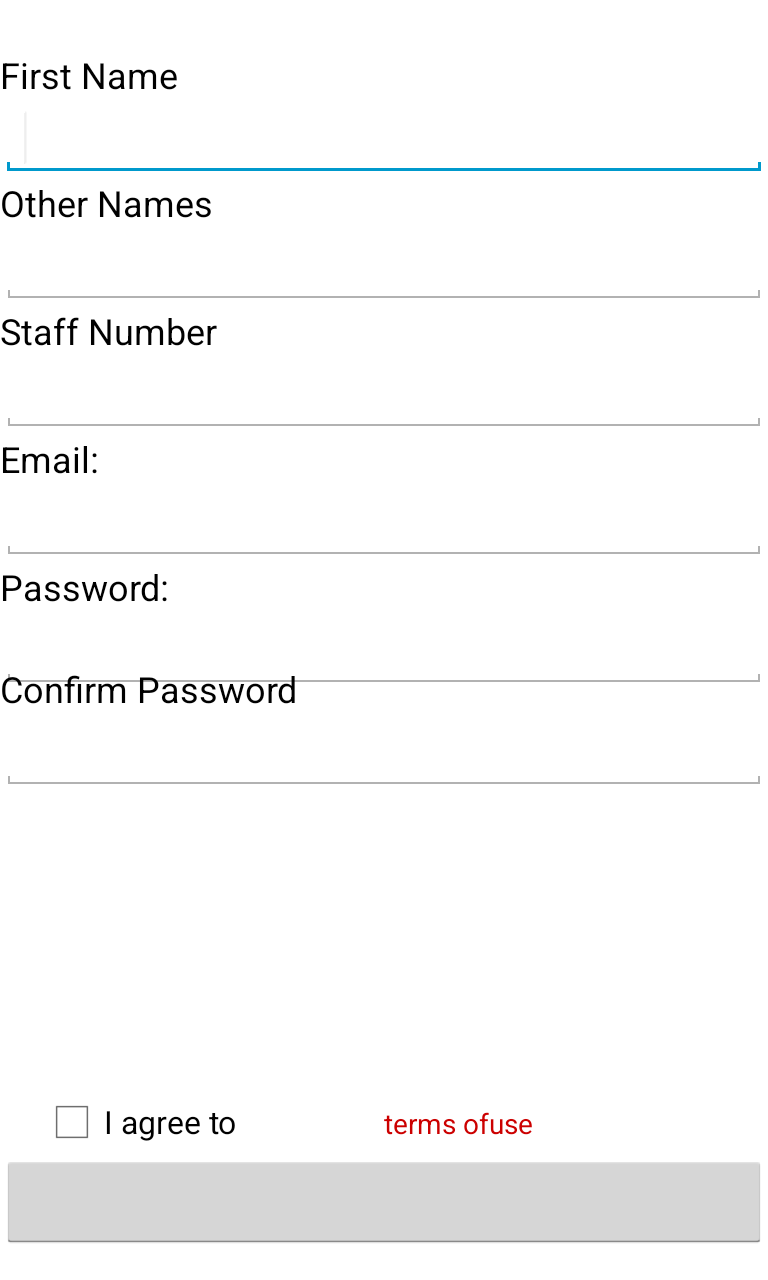
Repository: erwasambo/greendevelopment
Layout: GreenDevelopment/NASCuisine/res/layout/signup.xml
The author's editor kept a copy of each file at every save. The layout is drawn from the files as they stood at one save, then again after the next save.
It is drawn on a 768 x 1280 px phone screen (xhdpi) without system bars, with theme AppTheme; the app's code is not run.

Above is the layout before, as saved 2013-12-03 02:22:38.

### GreenDevelopment/NASCuisine/res/layout/signup.xml
<?xml version="1.0" encoding="utf-8"?>
<RelativeLayout xmlns:android="http://schemas.android.com/apk/res/android"
    android:layout_width="match_parent"
    android:layout_height="match_parent"
    android:orientation="vertical">

 <TextView
        android:id="@+id/txtNoacc"
        android:layout_width="wrap_content"
        android:layout_height="wrap_content"
        android:layout_alignParentLeft="true"
        android:layout_alignParentTop="true"
        android:layout_marginTop="25dp"
        android:text="@string/firstname"
        android:textAppearance="?android:attr/textAppearanceMedium" />


    <EditText
        android:id="@+id/registerName"
        android:layout_width="match_parent"
        android:layout_height="wrap_content"
        android:layout_alignParentLeft="true"
        android:layout_below="@+id/txtNoacc"
        android:ems="10"
        android:inputType="textPersonName" >

        <requestFocus />
    </EditText>



    <TextView
        android:id="@+id/register_error"
        android:layout_width="wrap_content"
        android:layout_height="wrap_content"
        android:layout_alignParentBottom="true"
        android:layout_centerHorizontal="true" />

    <EditText
        android:id="@+id/registerPassword"
        android:layout_width="match_parent"
        android:layout_height="wrap_content"
        android:layout_alignParentLeft="true"
        android:layout_below="@+id/TextView02"
        android:ems="10"
        android:inputType="textPassword" />

    <TextView
        android:id="@+id/TextView01"
        android:layout_width="wrap_content"
        android:layout_height="wrap_content"
        android:layout_alignParentLeft="true"
        android:layout_below="@+id/registerName"
        android:text="@string/othernames"
        android:textAppearance="?android:attr/textAppearanceMedium" />

    <EditText
        android:id="@+id/EditText01"
        android:layout_width="match_parent"
        android:layout_height="wrap_content"
        android:layout_alignParentLeft="true"
        android:layout_below="@+id/TextView01"
        android:ems="10"
        android:inputType="textPersonName" />

    <TextView
        android:id="@+id/TextView03"
        android:layout_width="wrap_content"
        android:layout_height="wrap_content"
        android:layout_alignParentLeft="true"
        android:layout_below="@+id/EditText01"
        android:text="@string/staffno"
        android:textAppearance="?android:attr/textAppearanceMedium" />

    <EditText
        android:id="@+id/EditText02"
        android:layout_width="match_parent"
        android:layout_height="wrap_content"
        android:layout_alignParentLeft="true"
        android:layout_below="@+id/TextView03"
        android:ems="10"
        android:inputType="textPersonName" />

    <TextView
        android:id="@+id/textView1"
        android:layout_width="wrap_content"
        android:layout_height="wrap_content"
        android:layout_alignParentLeft="true"
        android:layout_below="@+id/EditText02"
        android:text="@string/email"
        android:textAppearance="?android:attr/textAppearanceMedium" />

    <EditText
        android:id="@+id/registerEmail"
        android:layout_width="match_parent"
        android:layout_height="wrap_content"
        android:layout_alignParentLeft="true"
        android:layout_below="@+id/textView1"
        android:ems="10"
        android:inputType="textEmailAddress" />

    <TextView
        android:id="@+id/TextView02"
        android:layout_width="wrap_content"
        android:layout_height="wrap_content"
        android:layout_alignParentLeft="true"
        android:layout_below="@+id/registerEmail"
        android:layout_marginTop="51dp"
        android:text="@string/cnfpassword"
        android:textAppearance="?android:attr/textAppearanceMedium" />

    <TextView
        android:id="@+id/TextView04"
        android:layout_width="wrap_content"
        android:layout_height="wrap_content"
        android:layout_alignParentLeft="true"
        android:layout_below="@+id/registerEmail"
        android:text="@string/password"
        android:textAppearance="?android:attr/textAppearanceMedium" />

    <EditText
        android:id="@+id/EditText03"
        android:layout_width="match_parent"
        android:layout_height="wrap_content"
        android:layout_alignParentLeft="true"
        android:layout_below="@+id/TextView04"
        android:ems="10"
        android:inputType="textPassword" />

    <Button
        android:id="@+id/btnRegister"
        android:layout_width="match_parent"
        android:layout_height="wrap_content"
        android:layout_alignParentBottom="true"
        android:layout_centerHorizontal="true"

        android:layout_marginBottom="15dp"
         />

    <CheckBox
        android:id="@+id/checkBox1"
        android:layout_width="wrap_content"
        android:layout_height="wrap_content"
        android:layout_above="@+id/btnRegister"
        android:layout_alignParentLeft="true"
        android:layout_marginLeft="20dp"
        android:text="@string/iagree" />

    <TextView
        android:id="@+id/textView2"
        android:layout_width="wrap_content"
        android:layout_height="wrap_content"
        android:layout_alignBaseline="@+id/checkBox1"
        android:layout_alignBottom="@+id/checkBox1"
        android:layout_alignLeft="@+id/register_error"
        android:text="@string/termsofuse"
        android:textColor="@color/purple" />

</RelativeLayout>

### GreenDevelopment/NASCuisine/res/values/strings.xml
<?xml version="1.0" encoding="utf-8"?>
<resources>

    <string name="app_name">NAS Cuisine</string>
     <string name="app_namelogin">NAS Cuisine - Log in</string>




    <string name="action_settings">Settings</string>
    <string name="activity_scrollview">ScrollView</string>
    <string name="activity_listview">ListView</string>
    <string name="activity_gridview">GridView</string>
    <string name="activity_webview">WebView</string>
    <string name="activity_fragment_tabs">Fragments + Tabs</string>
    <string name="activity_fragment_tabs_vp">Fragments + Tabs + ViewPager</string>
    <string name="pref_title_stick_container">Stick layer to</string>
    <string name="pref_title_show_shadow">Show shadow</string>
    <string name="pref_title_show_offset">Closed offset</string>
    <string name="open_button_container">Open</string>
    <string name="close_button_container">Close</string>
	<string name="title_activity_main">PayPal Access</string>
    <string name="title_activity_login">Login</string>
    <string name="btn_login">Login with PayPal</string>
    <string name="progress_loading_title">Loading&#8320;</string>
    <string name="progress_loading_msg">Login is possible in a few seconds</string>
    <string name="toast_login_ok">Logged in</string>
    <string name="toast_login_failed">Login failed</string>
    <string name="login_description">This enables the user to use his PayPal credentials to login. Thus he doesn\'t have to create yet another account and remember yet another password.</string>
	<string name="login_oauth">OAuth 2.0</string>
	<string name="login_openid">OpenID</string>

    <string name="swipe_label">Swipe!</string>
    <string name="swipe_left_label">Swipe left!</string>
    <string name="swipe_right_label">Swipe right!</string>
    <string name="swipe_up_label">Swipe up!</string>
    <string name="swipe_down_label">Swipe down!</string>

    <string name="label_right">Right</string>
    <string name="label_left">Left</string>
    <string name="label_middle">Middle</string>
    <string name="label_top">Top</string>
    <string name="label_bottom">Bottom</string>

    <string name="not_applicable">n/a</string>

    <string-array name="pref_list_titles">
        <item>@string/label_right</item>
        <item>@string/label_middle</item>
        <item>@string/label_left</item>
        <item>@string/label_top</item>
        <item>@string/label_bottom</item>
    </string-array>
    <string-array name="pref_list_values">
        <item>right</item>
        <item>middle</item>
        <item>left</item>
        <item>top</item>
        <item>bottom</item>
    </string-array>

    <string name="pref_go">Go!</string>

    <string name="no_media_warning">Storage Media not present</string>
    <string name="no_media_hint">Sharing the storage media with a PC can make it inaccessible</string>
    <string name="open_failed">Unable to open document</string>
    <string name="cancel">Cancel</string>
    <string name="search_backwards">Search backwards</string>
    <string name="search_forwards">Search forwards</string>
    <string name="search_document">Search document</string>
    <string name="picker_title">NAS Cuisine</string>
    <string name="outline_title">Table of Contents</string>
    <string name="enter_password">Enter Password</string>
    <string name="text_not_found">Text not found</string>
    <string name="searching_">Searching...</string>
    <string name="link_control">Link highlighting and enabling</string>
    <string name="no_further_occurences_found">No further occurences found</string>
    <string name="gen_pdf">Generate pdf</string>
    <string name="view_pdf">View pdf</string>
    <string name="title_activity_main">MainActivity</string>
    <string name="progress_title">Generateing pdf...</string>

    <string name="taliiafrica">Julisha</string>
	<string name="main">Julisha</string>
	<string name="weather">Check Weather</string>
	<string name="rescue">Emergency Rescue</string>
	<string name="exit">Exit</string>
	<string name="srtsail">Begin Sailing</string>
	<string name="stpsail">End Sailing</string>
	<string name="chkmap">Check Map</string>
	<string name="sets">Settings</string>
	<string name="vsltype">Vessel Type:</string>
	<string name="vid">Vessel Id:</string>
	<string name="vslname">Vessel Name:</string>
	<string name="wtrbody">Water Body:</string>
	<string name="desc">General Description:</string>
	<string name="sv">Save</string>
	<string name="lgout">Logout</string>
	<string name="sail">Sailing</string>
	<string name="myacc">My Account</string>
	<string name="date">Date:</string>
	<string name="time">Time:</string>
	<string name="initloc">Initial Location:</string>
	<string name="Destination">Destination:</string>
	<string name="onboard">Number Onboard:</string>
	<string name="act">Activity:</string>
	<string name="bgnSail">Begin Sailing</string>
	<string name="currLoc">Current Location:</string>
	<string name="endsail">End Sailing</string>
	<string name="prevloc">Previous Location</string>
	<string name="desc2">Image2</string>
	<string name="login">Login</string>
	<string name="email">Email:</string>
	<string name="password">Password:</string>
	<string name="newtojulisharegister">New to Julisha? Register here</string>
	<string name="registeracc">Register New Account</string>
	<string name="fullname">Full Name</string>
	<string name="logout">Logout</string>
	<string name="briefdesc">Brief Description:</string>
	<string name="safe">Safe</string>
	<string name="minor">Minor Problem</string>
	<string name="danger">Danger</string>
	<string name="xtremedanger">Extreme Danger</string>
	<string name="signup">Sign up</string>
	<string name="donthaveacc">Don\'t have an account yet? </string>
	<string name="forgotpwd">Forgot Password</string>
	<string name="firstname">First Name</string>
	<string name="othernames">Other Names</string>
	<string name="staffno">Staff Number</string>
	<string name="cnfpassword">Confirm Password</string>
	<string name="iagree">I agree to</string>
	<string name="termsofuse">terms ofuse</string>




</resources>

### GreenDevelopment/NASCuisine/res/values/colors.xml
<?xml version="1.0" encoding="utf-8"?>

<!--
  ~ Copyright 2013 Chris Banes
  ~
  ~ Licensed under the Apache License, Version 2.0 (the "License");
  ~ you may not use this file except in compliance with the License.
  ~ You may obtain a copy of the License at
  ~
  ~     http://www.apache.org/licenses/LICENSE-2.0
  ~
  ~ Unless required by applicable law or agreed to in writing, software
  ~ distributed under the License is distributed on an "AS IS" BASIS,
  ~ WITHOUT WARRANTIES OR CONDITIONS OF ANY KIND, either express or implied.
  ~ See the License for the specific language governing permissions and
  ~ limitations under the License.
  <color name="black">#FF000000</color>
  -->

<resources>
     <color name="white">#FFFFFF</color>
	 <color name="canvas">#CC0000</color>
		<color name="bar">#CC0000</color>
     <color name="black">#FF000000</color>
     <color name="purple">#CC0000</color>
    <color name="holo_dark_green">@color/purple</color>
	<color name="default_progress_bar_color">@color/white</color>
	 <color name="abs__background_holo_dark">@color/purple</color>
    <color name="abs__background_holo_light">@color/purple</color>
    <color name="abs__bright_foreground_holo_dark">@color/purple</color>
    <color name="abs__bright_foreground_holo_light">@color/purple</color>
    <color name="abs__bright_foreground_disabled_holo_dark">@color/purple</color>
    <color name="abs__bright_foreground_disabled_holo_light">@color/purple</color>
</resources>

Loaded but not shown: GreenDevelopment/NASCuisine/res/values/styles.xml (common file); GreenDevelopment/NASCuisine/res/values-v11/styles.xml (common file); GreenDevelopment/NASCuisine/res/values-v14/styles.xml (common file)

After the next save:
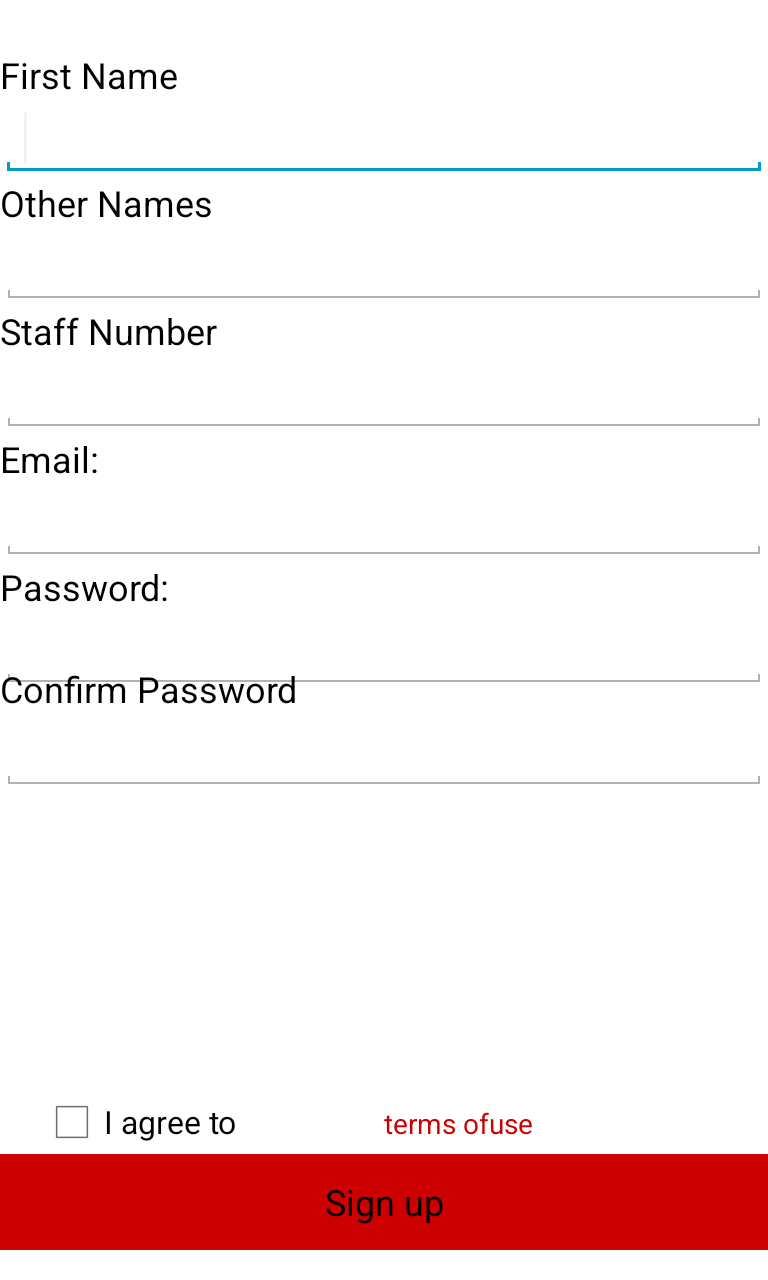
Saved 12 s later.
--- a/GreenDevelopment/NASCuisine/res/layout/signup.xml
+++ b/GreenDevelopment/NASCuisine/res/layout/signup.xml
@@ -133,6 +133,8 @@
         android:layout_height="wrap_content"
         android:layout_alignParentBottom="true"
         android:layout_centerHorizontal="true"
+        android:text="@string/signup"
+        android:background="@color/purple"
 
         android:layout_marginBottom="15dp"
          />
